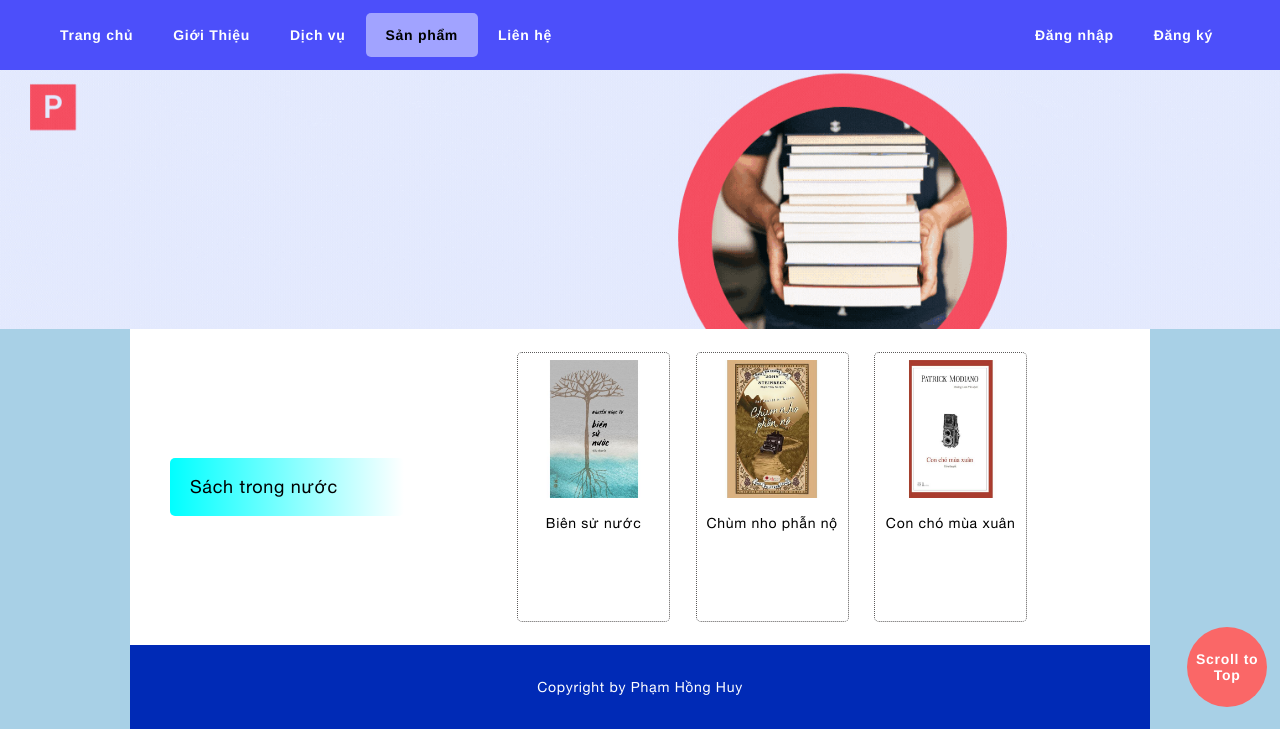
Repository: phamhonghuy/bookstore
Page: product.html
An editor plug-in stored every save of this project. The page is shown before and after the next save, followed by the edit.
The browser window is 1280 px wide. The pictures show the whole page.

Above is the page before, as saved 2021-10-14 23:19:57.

After the next save:
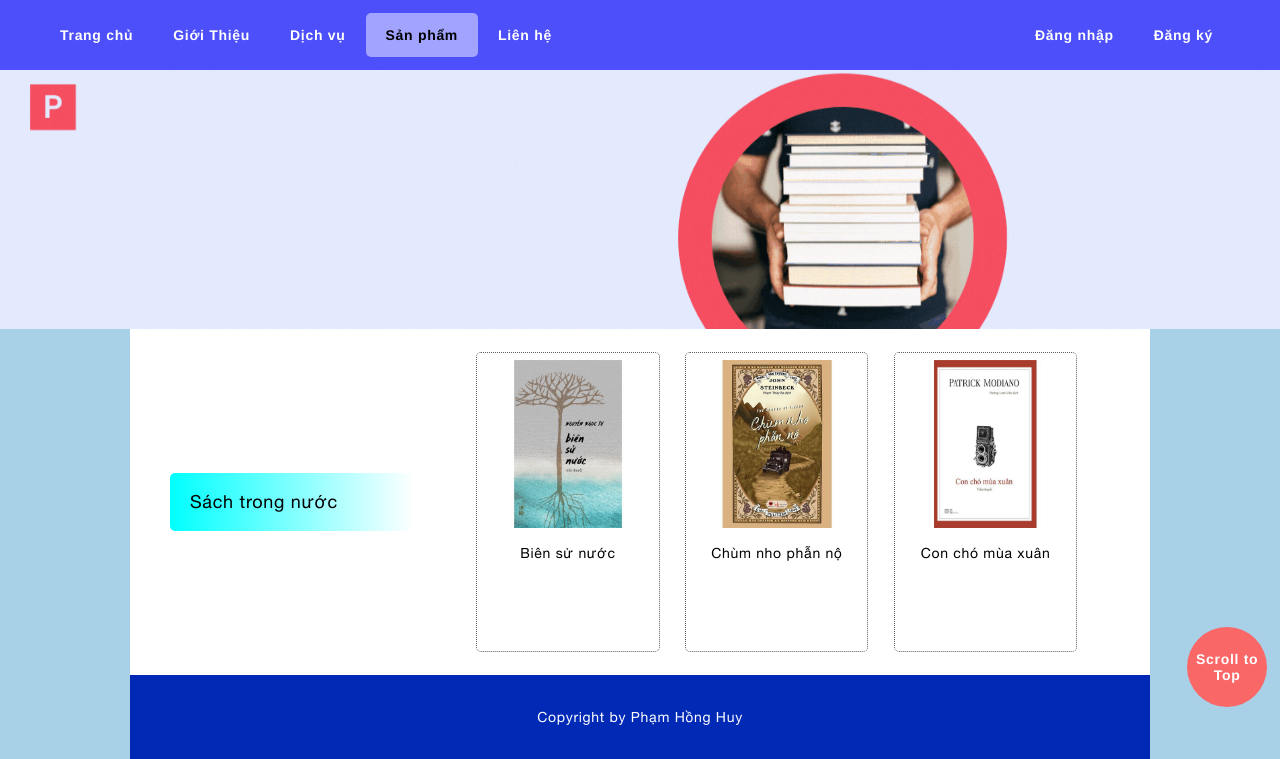
Saved 32 s later.
--- a/css/style.css
+++ b/css/style.css
@@ -255,7 +255,7 @@ div.main-product-container div.product-item {
   display: flex;
   flex-direction: row;
   background-color: white;
-  padding: 0 100px;
+  padding: 0 50px;
   flex-wrap:nowrap;
 
   }
